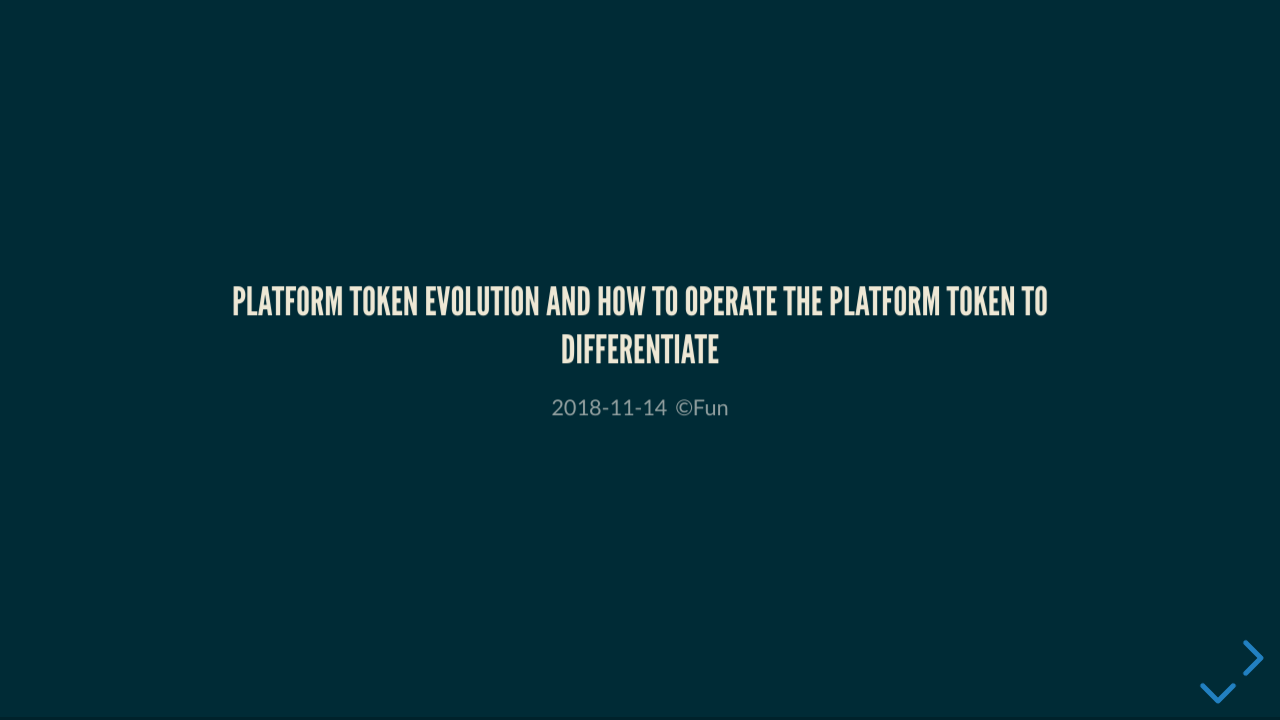
Repository: RickFang666/reveal-ppt
Page: index.html
The author's editor kept a copy of each file at every save. The page is drawn from the files as they stood at one save, then again after the next save.
The browser window is 1280 px wide. The pictures show the whole page.

Above is the page before, as saved 2018-11-13 10:49:22.

After the next save:
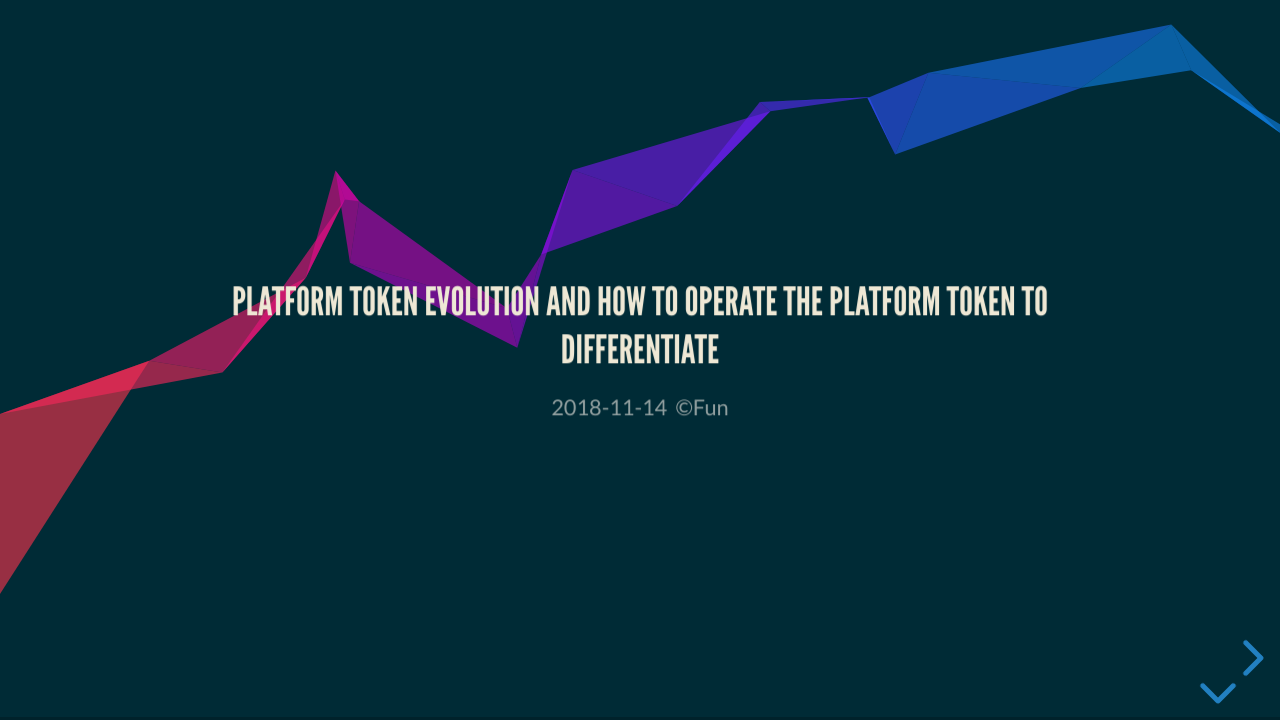
Saved 21 s later.
--- a/index.html
+++ b/index.html
@@ -519,7 +519,59 @@
         <section><h2>Thank you !</h2></section>
       </div>
     </div>
-
+    <script>
+      document.addEventListener('touchmove', function(e) {
+        e.preventDefault()
+      })
+      var c = document.getElementsByTagName('canvas')[0],
+        x = c.getContext('2d'),
+        pr = window.devicePixelRatio || 1,
+        w = window.innerWidth,
+        h = window.innerHeight,
+        f = 90,
+        q,
+        m = Math,
+        r = 0,
+        u = m.PI * 2,
+        v = m.cos,
+        z = m.random
+      c.width = w * pr
+      c.height = h * pr
+      x.scale(pr, pr)
+      x.globalAlpha = 0.6
+      function i() {
+        x.clearRect(0, 0, w, h)
+        q = [{ x: 0, y: h * 0.7 + f }, { x: 0, y: h * 0.7 - f }]
+        while (q[1].x < w + f) d(q[0], q[1])
+      }
+      function d(i, j) {
+        x.beginPath()
+        x.moveTo(i.x, i.y)
+        x.lineTo(j.x, j.y)
+        var k = j.x + (z() * 2 - 0.25) * f,
+          n = y(j.y)
+        x.lineTo(k, n)
+        x.closePath()
+        r -= u / -50
+        x.fillStyle =
+          '#' +
+          (
+            ((v(r) * 127 + 128) << 16) |
+            ((v(r + u / 3) * 127 + 128) << 8) |
+            (v(r + (u / 3) * 2) * 127 + 128)
+          ).toString(16)
+        x.fill()
+        q[0] = q[1]
+        q[1] = { x: k, y: n }
+      }
+      function y(p) {
+        var t = p + (z() * 2 - 1.1) * f
+        return t > h || t < 0 ? y(p) : t
+      }
+      document.onclick = i
+      document.ontouchstart = i
+      i()
+    </script>
     <script src="lib/js/head.min.js"></script>
     <script src="js/reveal.js"></script>
 
